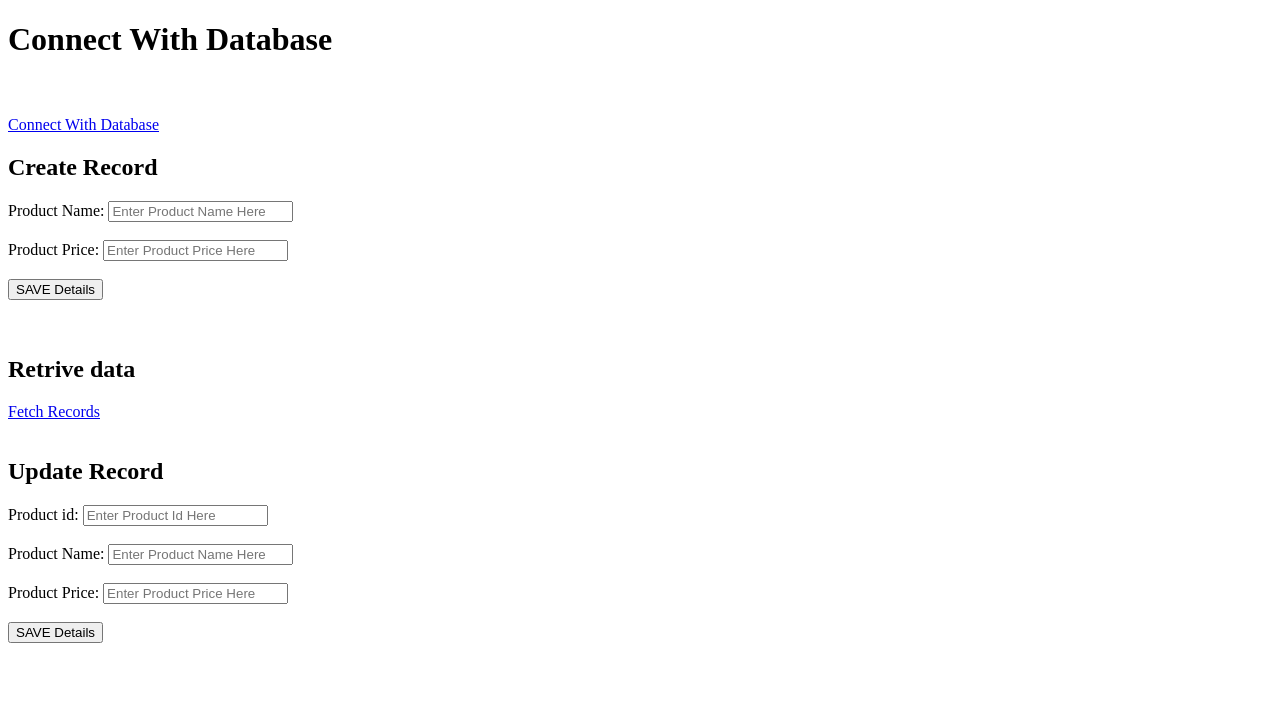
Repository: nspandey/Phase-2
Page: CRUDOperationsJDBC/src/main/webapp/index.html
These files come from the project's save history. The page is drawn as it stood at one moment and after the next save; the edit follows.
The browser window is 1280 px wide. The pictures show the whole page.

Above is the page before, as saved 2023-02-06 15:35:08.

### CRUDOperationsJDBC/src/main/webapp/index.html
<!DOCTYPE html>
<html>
<head>
<meta charset="ISO-8859-1">
<title>Insert title here</title>
</head>
<body>

<h1>Connect With Database</h1>

<br>

<br>

<a href="connect">Connect With Database</a>

<br>

<h2>Create Record</h2>

<form action="save" method="post">

Product Name: <input type="text" name="pname" placeholder="Enter Product Name Here"><br><br>

Product Price: <input type="text" name="pprice" placeholder="Enter Product Price Here"><br><br>

<input type="submit" value="SAVE Details">


</form>


<br>
<br>

<h2>Retrive data</h2>
<a href="fetch">Fetch Records</a>

<br><br>

<h2>Update Record</h2>

<form action="update" method="post">
Product id: <input type="text" name="pid" placeholder="Enter Product Id Here"><br><br>

Product Name: <input type="text" name="pname" placeholder="Enter Product Name Here"><br><br>

Product Price: <input type="text" name="pprice" placeholder="Enter Product Price Here"><br><br>

<input type="submit" value="SAVE Details">
</form>

</body>
</html>

After the next save:
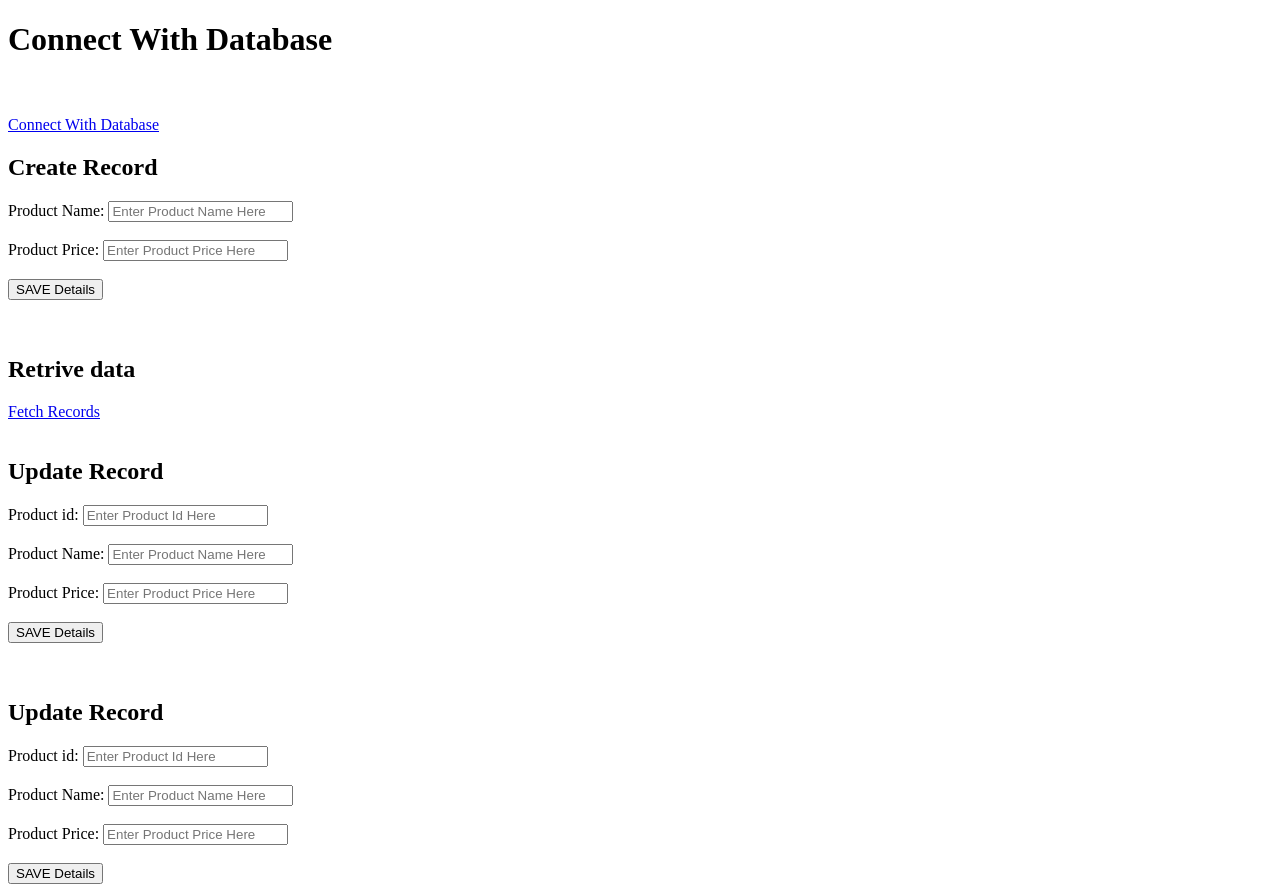
Saved 6 min 17 s later.
--- a/CRUDOperationsJDBC/src/main/webapp/index.html
+++ b/CRUDOperationsJDBC/src/main/webapp/index.html
@@ -50,5 +50,19 @@ Product Price: <input type="text" name="pprice" placeholder="Enter Product Price
 <input type="submit" value="SAVE Details">
 </form>
 
+<br><br>
+
+<h2>Update Record</h2>
+
+<form action="delete" method="post">
+Product id: <input type="text" name="pid" placeholder="Enter Product Id Here"><br><br>
+
+Product Name: <input type="text" name="pname" placeholder="Enter Product Name Here"><br><br>
+
+Product Price: <input type="text" name="pprice" placeholder="Enter Product Price Here"><br><br>
+
+<input type="submit" value="SAVE Details">
+</form>
+
 </body>
 </html>
